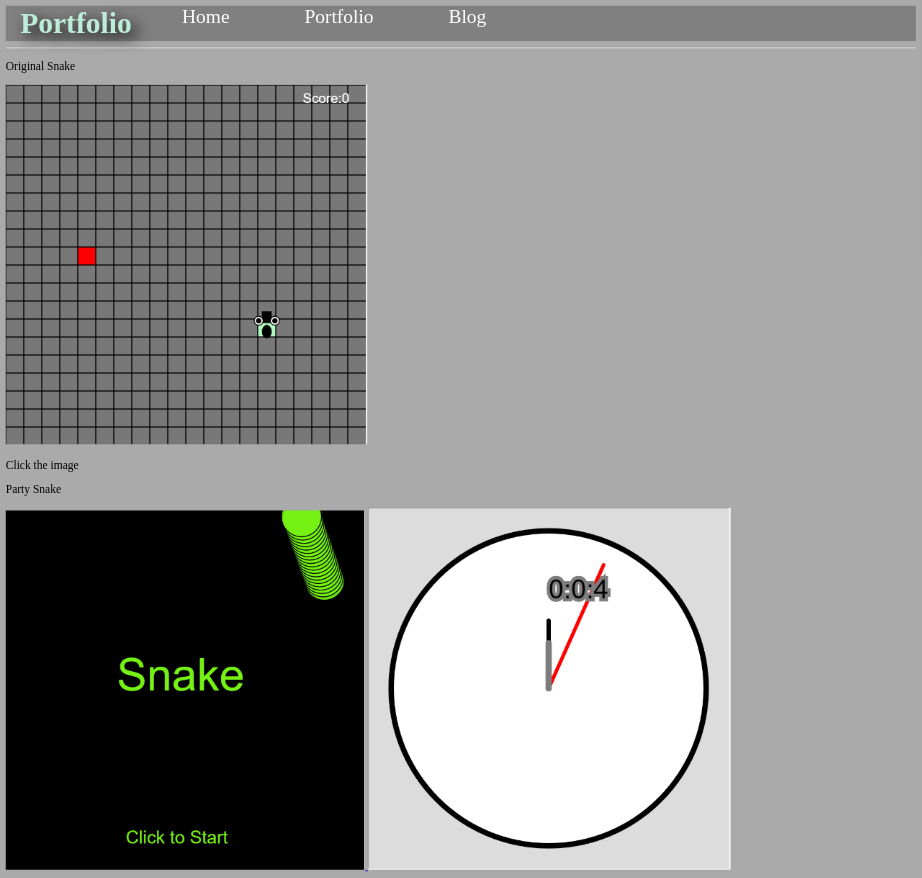
Repository: TundraGrassland/-TundraGrassland.github.io
Page: portfolio.html
The author's editor kept a record of every edit. The page is drawn from the files as they stood at one moment, then again after the next edit.
The browser window is 1280 px wide. The pictures show the whole page, at 72% of full size.

Above is the page before.

### portfolio.html
<!DOCTYPE html>
<html>
    <head>
        <title>Portfolio</title>
        <link rel='stylesheet' href='style.css'>
    </head>
    <body>
        <header>
            <h1>Portfolio</h1>
            <ul>
                <li><a class="interactive" href="index.html">Home</a></li>
                <li><a class="interactive" href="portfolio.html">Portfolio</a></li>
                <li><a class="interactive" href="blog.html">Blog</a></li>
            </ul>
            <br>
        </header>

        <hr>
        <p>Original Snake</p>
        <a href = "ogSnake.html">
            <img src = "./img/ogSnake.png">
        </a>
        <br>
        <p>Click the image</p>
        <p>Party Snake</p>
        <a href = "partySnake.html">
            <img src = "./img/partySnake.png">
        </a>
        <a href = "stopwatch.html">
            <img src = "./img/stopwatch.png">
        </a>

</html>

### style.css
header a{
    text-decoration:none;
    color:white;
    font-size:27px;
}
header ul{
    margin:0;
    padding:0;
}
header li{
    float:none;
    display:inline;
    padding:30px 50px 100px 50px;
}
header .interactive:hover{
    color:lightblue;
    font-family:Times;
    filter: drop-shadow(8px 8px 10px black);
}
header h1{
    margin:0;

    float:left;

    padding:0 20px 5px 20px;
    font-size:41px;
    filter: drop-shadow(8px 8px 10px black);
    color:#bcecda;
}
header{
    background-color:grey;
}
body{
    background-color:#aaaaaa;
}
.content{

    color:#ff8f00;
}
.current{
    color:#222222;
}

iframe{
  display: block;
  margin-left: auto;
  margin-right: auto;
}

After the next edit:
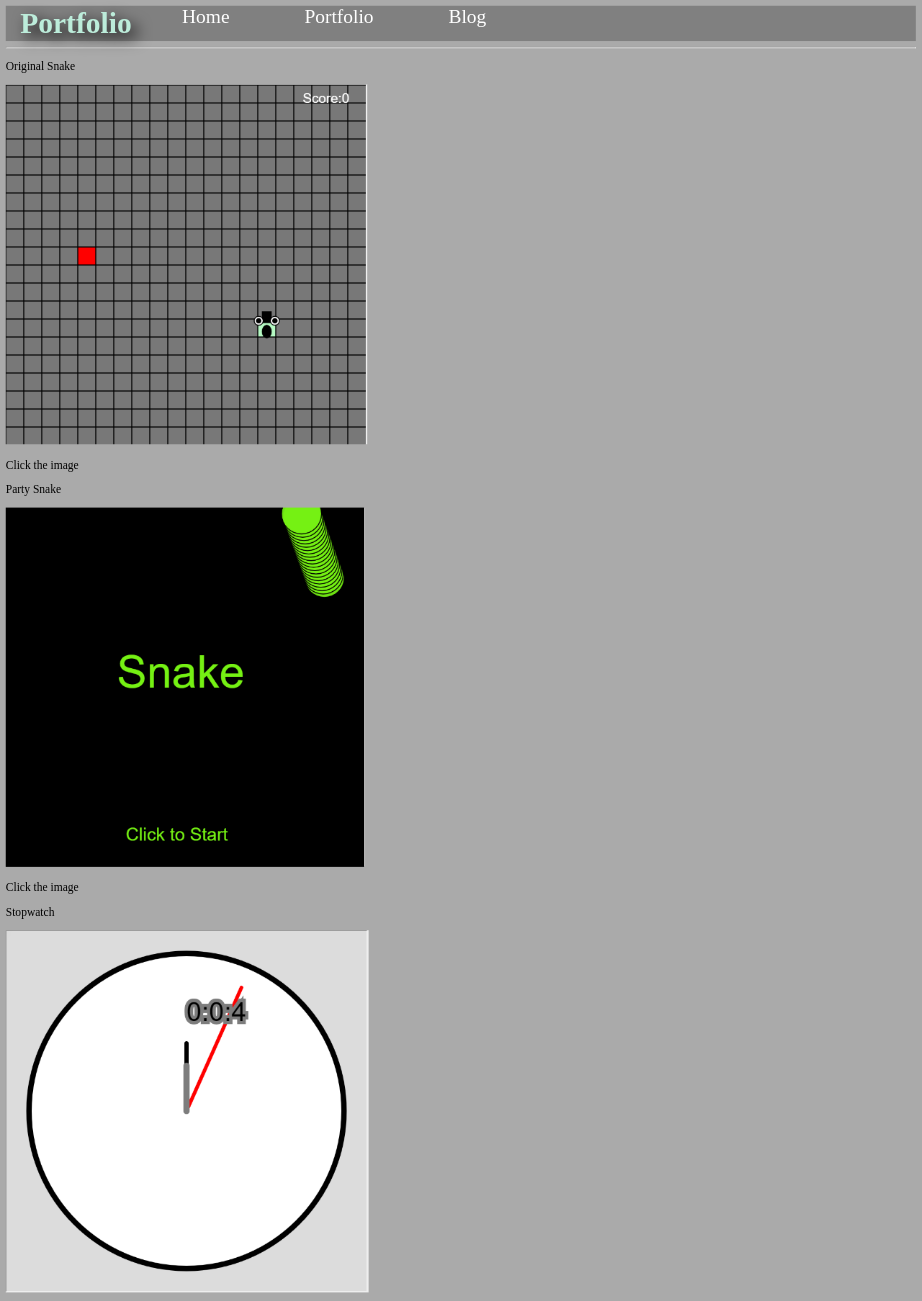
The edit:
--- a/portfolio.html
+++ b/portfolio.html
@@ -26,6 +26,8 @@
         <a href = "partySnake.html">
             <img src = "./img/partySnake.png">
         </a>
+        <p>Click the image</p>
+        <p>Stopwatch</p>
         <a href = "stopwatch.html">
             <img src = "./img/stopwatch.png">
         </a>
